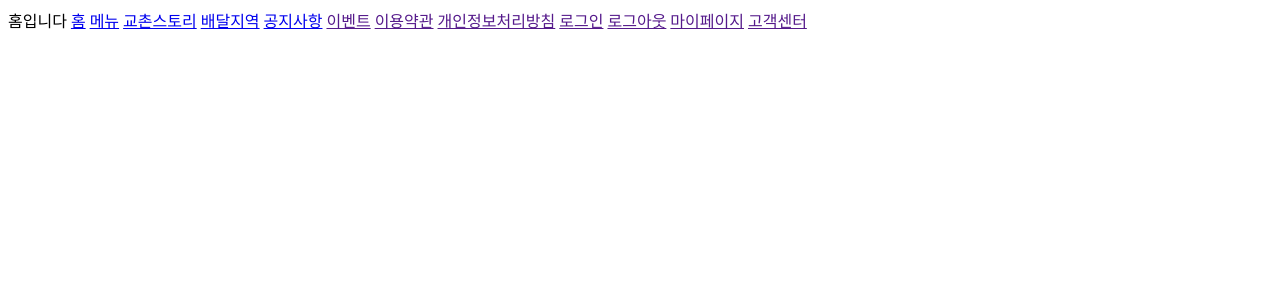
Repository: ih0615/project
Page: http://localhost/kkyochon/views/index.jsp
An editor plug-in stored every save of this project. The page is shown before and after the next save, followed by the edit.
The browser window is 1280 px wide. The pictures show the whole page.
The page is served by Tomcat 9. Other server files are loaded and not shown.

Above is the page before, as saved 2020-12-03 08:51:16.

### kkyochon/WebContent/views/index.jsp
<%@ page language="java" contentType="text/html; charset=UTF-8"
    pageEncoding="UTF-8"%>
<!DOCTYPE html>
<html>
<head>
<meta charset="UTF-8">
<title>Insert title here</title>
</head>
<body>
홈입니다
<a href="/">홈</a>
<a href="/manu/menuList.shop">메뉴</a>
<a href="/etc/story">교촌스토리</a>
<a href="/etc/map">배달지역</a>
<a href="/csc/notice">공지사항</a>
<a href="">이벤트</a>
<a href="">이용약관</a>
<a href="">개인정보처리방침</a>
<a href="">로그인</a>
<a href="">로그아웃</a>
<a href="">마이페이지</a>
<a href="">고객센터</a>

<a href=""></a>
<a href=""></a>
</body>
</html>

After the next save:
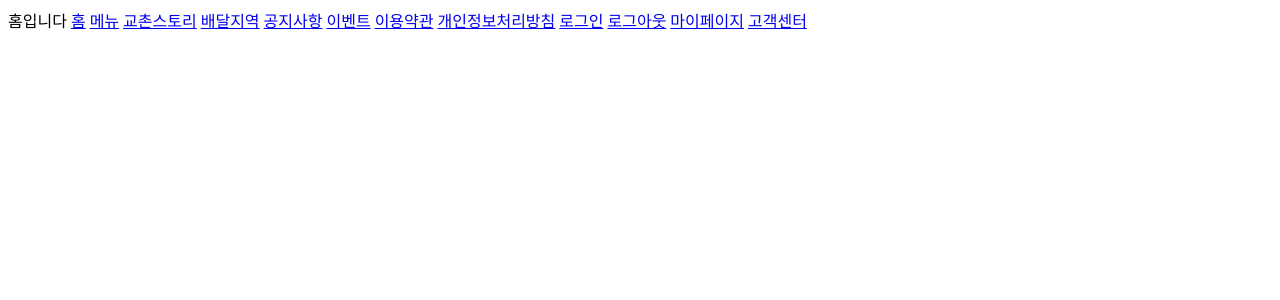
Saved 2 min 56 s later.
--- a/kkyochon/WebContent/views/index.jsp
+++ b/kkyochon/WebContent/views/index.jsp
@@ -1,5 +1,5 @@
 <%@ page language="java" contentType="text/html; charset=UTF-8"
-    pageEncoding="UTF-8"%>
+	pageEncoding="UTF-8"%>
 <!DOCTYPE html>
 <html>
 <head>
@@ -7,21 +7,21 @@
 <title>Insert title here</title>
 </head>
 <body>
-홈입니다
-<a href="/">홈</a>
-<a href="/manu/menuList.shop">메뉴</a>
-<a href="/etc/story">교촌스토리</a>
-<a href="/etc/map">배달지역</a>
-<a href="/csc/notice">공지사항</a>
-<a href="">이벤트</a>
-<a href="">이용약관</a>
-<a href="">개인정보처리방침</a>
-<a href="">로그인</a>
-<a href="">로그아웃</a>
-<a href="">마이페이지</a>
-<a href="">고객센터</a>
+	홈입니다
+	<a href="/">홈</a>
+	<a href="/manu/menuList.shop">메뉴</a>
+	<a href="/etc/story.shop">교촌스토리</a>
+	<a href="/etc/map.shop">배달지역</a>
+	<a href="/csc/notice.shop">공지사항</a>
+	<a href="/csc/event.shop">이벤트</a>
+	<a href="/etc/agreement">이용약관</a>
+	<a href="/etc/privacy">개인정보처리방침</a>
+	<a href="/member/loginForm">로그인</a>
+	<a href="/member/logout">로그아웃</a>
+	<a href="/member/myPage">마이페이지</a>
+	<a href="/csc/csc">고객센터</a>
 
-<a href=""></a>
-<a href=""></a>
+	<a href=""></a>
+	<a href=""></a>
 </body>
 </html>
